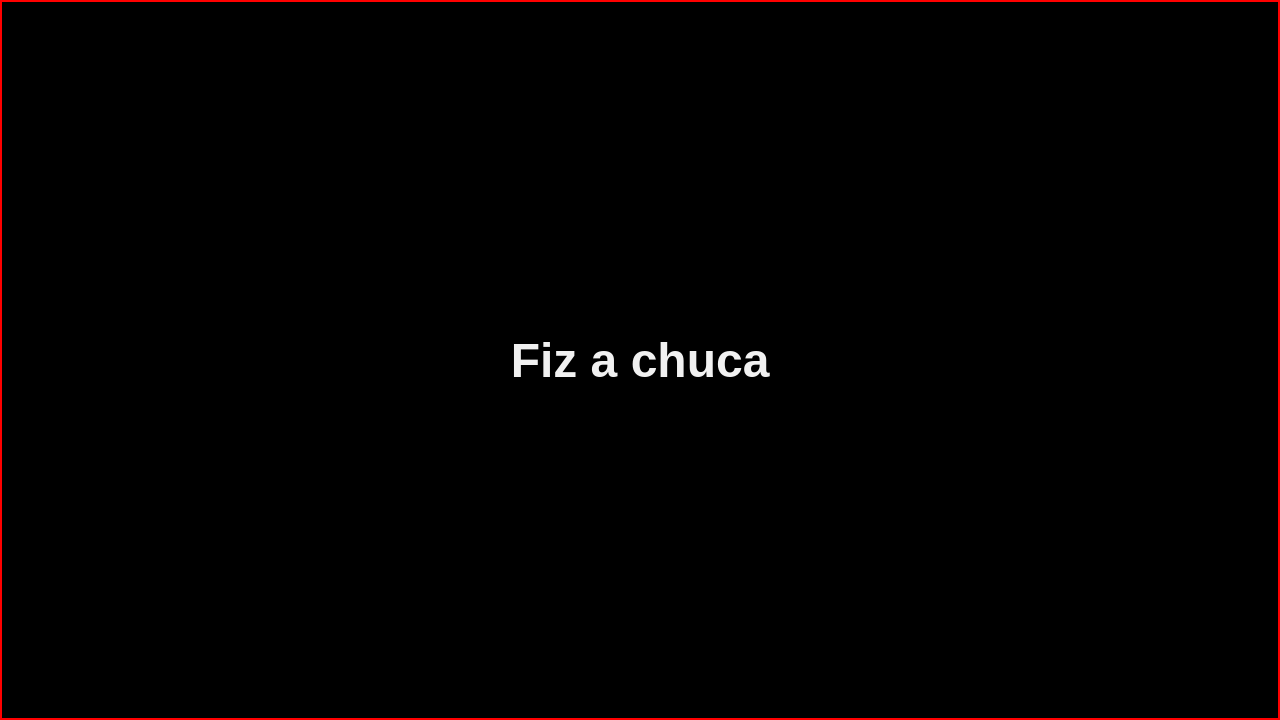
Repository: odiloalmeida/inever
Page: index.html
These files come from the project's save history. The page is drawn as it stood at one moment and after the next save; the edit follows.
The browser window is 1280 px wide. The pictures show the whole page.
After loading, the first visible `#myButton` was clicked once.

Above is the page before, as saved 2023-01-31 20:35:26.

### index.html
<!DOCTYPE html>
<html lang="en">
<head>
    <meta charset="UTF-8">
    <meta http-equiv="X-UA-Compatible" content="IE=edge">
    <meta name="viewport" content="width=device-width, initial-scale=1.0">
    <link rel="stylesheet" href="./style.css">
    <title>18+ I Never</title>

</head>

<body>
    <button id="myButton" onclick="changeButtonName()">
        <span>Eu Nunca </span>
        <br>
        &#128293
        <span2>+18</span2>
        &#128293
    </button>
</body>

<script>

    function changeButtonName() {
        var button = document.getElementById("myButton");

        var names = ["Beijei alguém dessa turma",
        "Senti atração por alguém dessa turma",
        "Tomei banho pelado na praia/piscina",
        "Fiquei com um professor",
        "Fiquei com um amigo e me arrependi",
        "Fiquei com um amigo e não disse pra ninguém",
        "Menti sobre ter ficado com uma pessoa",
        "Bebi tanto que beijei alguém que não queria",
        "Bebi tanto que esqueci tudo no outro dia",
        "Vi um nudes de alguém dessa turma",
        "Desejei o namorado(a) de um amigo",
        "Fiquei com alguém por interesse",
        "Acelerei o ato sexual por que o oral estava ruim",
        "Bebi pra ter coragem de chegar numa pessoa",
        "Transei na escola ou faculdade",
        "Transei no chão",
        "Fiz sexo oral enquanto a pessoa trabalhava",
        "Fiz sexo oral enquanto a pessoa dirigia",
        "Usei fantasias sexuais",
        "Usei plug anal",
        "Usei um vibrador",
        "Fiquei com alguém depois neguei pra todo mundo",
        "Disse pra uma pessoa que a amava sem amar",
        "Transei no carro",
        "Broxei no meio do ato sexual",
        "Desisti de ficar com uma pessoa por que ela estava fedendo",
        "Fui chupar e estava fedendo muito e desisti",
        "Me masturbei depois do ato sexual por que não conseguir “chegar lá” com o parceiro",
        "Fiquei com dois amigos ao mesmo tempo sem eles saberem",
        "Parei o ato sexual para ir fazer xixi",
        "Fiz a chuca",
        "Transei na rua",
        "Paguei por sexo",
        "Fiz sexo por dinheiro",
        "Dei um beijo triplo",
        "Voltaria com um ex",
        "Fiquei com uma pessoa em um lugar e logo em seguida fui para outro lugar ficar com outra (trocar palavras)",
        "Tirei fotos pelado(a)",
        "Fiquei com alguém para fazer ciúme a outro",
        "Sofri por amor",
        "Sofri por ficante",
        "Espiei alguém tomando banho",
        "Tomei banho com alguém",
        "Enfiei o dedo no orifício de alguém (kkkk)"

        ];

        var randomName = names[Math.floor(Math.random() * names.length)];
        button.innerHTML = randomName;
    }

</script>

</html>

### style.css
* {
    padding: 0;
    margin: 0;
    box-sizing: border-box;
}

body {
    width: 100vw;
    height: 100vh;
    background-color: #000;
    display: flex;
    flex-direction: column;
    align-items: center;
    justify-content: center;
}

button {
    background-color: transparent;
    height: 100vh;
    width: 100vw;
    border: red 2px solid;
    color: #f1f1f1;
    font-weight: bold;
    font-size: 3rem;
    padding: 5px;
}

button span {
    background-image: linear-gradient(to bottom,#800000,#8B0000, red, yellow);
    background-clip: text;
    -webkit-background-clip: text;
    -webkit-text-fill-color: transparent;
    color: black;
    font-size: 4rem;
    font-weight: 900;
}

button span2 {
    color: #fff;
    font-size: 5rem;
}

After the next save:
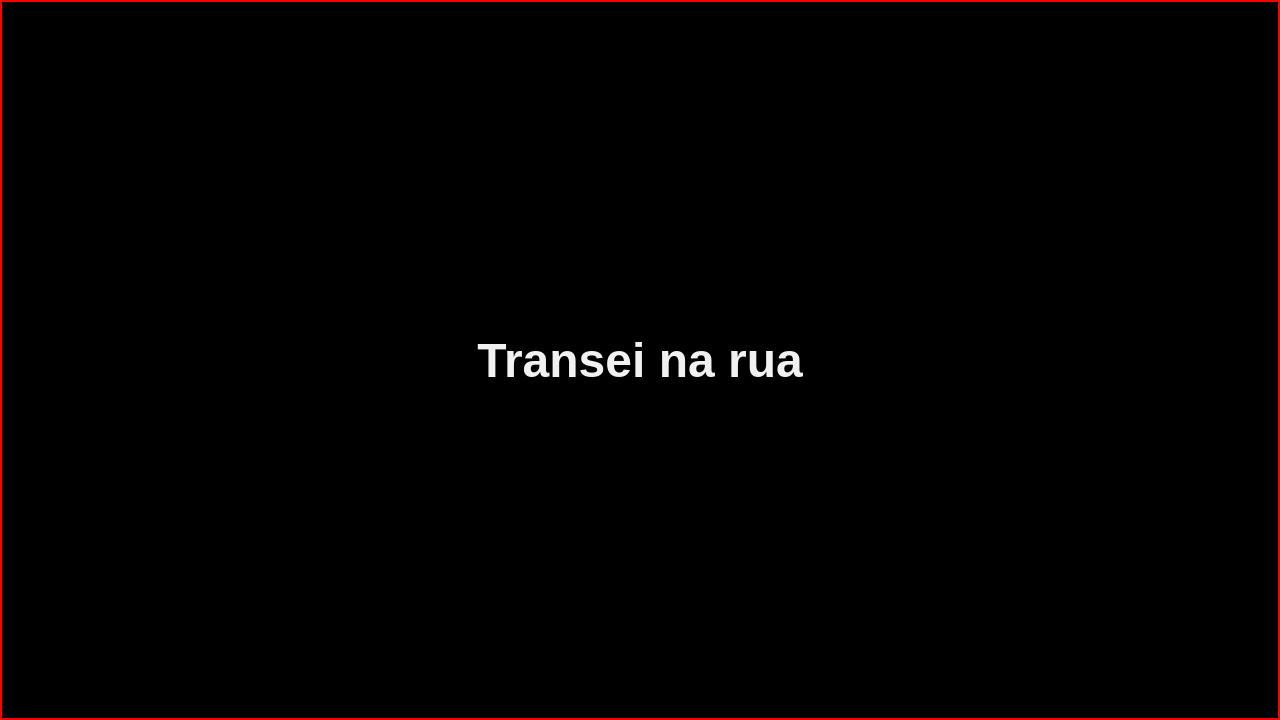
Saved 108 s later.
--- a/index.html
+++ b/index.html
@@ -67,7 +67,8 @@
         "Sofri por ficante",
         "Espiei alguém tomando banho",
         "Tomei banho com alguém",
-        "Enfiei o dedo no orifício de alguém (kkkk)"
+        "Enfiei o dedo no orifício de alguém (kkkk)",
+        "Eu nunca fiquei com um amigo do meu amigo eme arrependi"
 
         ];
 
